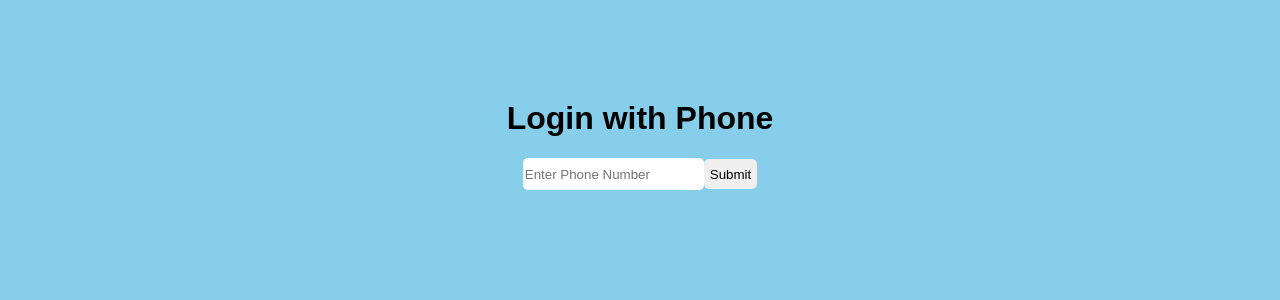
Repository: s-babaeizadeh/OTP-Login
Page: /
An editor plug-in stored every save of this project. The page is shown before and after the next save, followed by the edit.
The browser window is 1280 px wide. The pictures show the whole page.
The project was rebuilt for these pictures with package versions that can differ from the ones it lists, and the page was loaded fresh each time. Also part of the build but not shown: vite.config.js, src/components/OtpInput.jsx.

Above is the page before, as saved 2024-08-03 21:38:04.

### src/App.jsx
import "./App.css";
import PhoneOtpLogin from "./components/PhoneOtpLogin";

function App() {
  return (
    <>
      <div className="App">
        <h1>Login with Phone</h1>
        <PhoneOtpLogin />
      </div>
    </>
  );
}

export default App;

### src/App.css
.App {
  font-family: sans-serif;
  text-align: center;
  margin-top: 100px;
}

.otpInput {
  height: 40px;
  width: 40px;
  margin: 5px;
  text-align: center;
  font-size: 1.2em;
}

.inputotp {
  border-radius: 5px;
  border: none;
  outline: none;
  height: 30px;
}

button {
  border-radius: 5px;
  border: none;
  outline: none;
  height: 30px;
}

### src/components/PhoneOtpLogin.jsx
import React, { useState } from "react";
import OtpInput from "./OtpInput";

const PhoneOtpLogin = () => {
  const [phoneNumber, setPhoneNumber] = useState("");
  const [showOtpInput, setShowOtpInput] = useState(false);

  const handlePhoneNumber = (e) => {
    setPhoneNumber(e.target.value);
  };

  const handlePhoneSubmit = (e) => {
    e.preventDefault();

    //phone validation
    const regex = /[^0-9]/g;
    if (phoneNumber.length < 10 || regex.test(phoneNumber)) {
      alert("Invalid Phone Number");
      return;
    }

    setShowOtpInput(true);
  };

  const onOtpSubmit = (otp) => {
    console.log("Login Successful", otp);
  };

  return (
    <div>
      {!showOtpInput ? (
        <form onSubmit={handlePhoneSubmit}>
          <input
            className="inputotp"
            type="text"
            placeholder="Enter Phone Number"
            onChange={handlePhoneNumber}
          />
          <button type="submit">Submit</button>
        </form>
      ) : (
        <div>
          <p>Enter OTP sent to {phoneNumber}</p>
          <OtpInput length={4} onOtpSubmit={onOtpSubmit} />
        </div>
      )}
    </div>
  );
};

export default PhoneOtpLogin;

Loaded but not shown: index.html (common file); src/main.jsx (common file); src/index.css (common file)

After the next save:
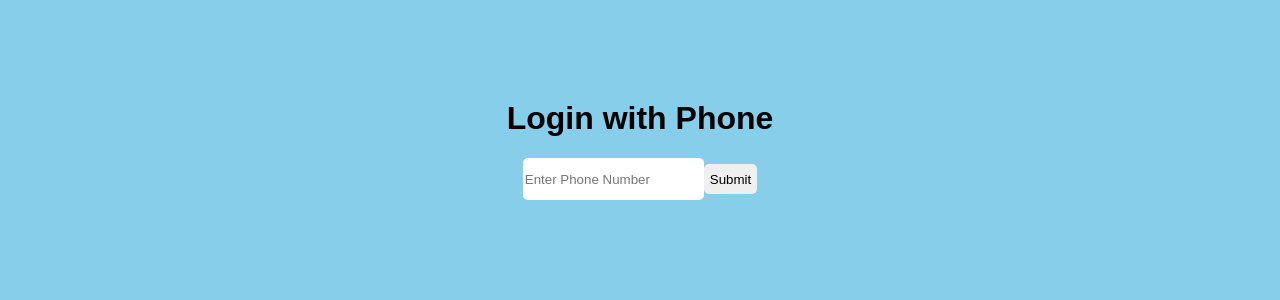
Saved 8 s later.
--- a/src/App.css
+++ b/src/App.css
@@ -16,7 +16,7 @@
   border-radius: 5px;
   border: none;
   outline: none;
-  height: 30px;
+  height: 40px;
 }
 
 button {
